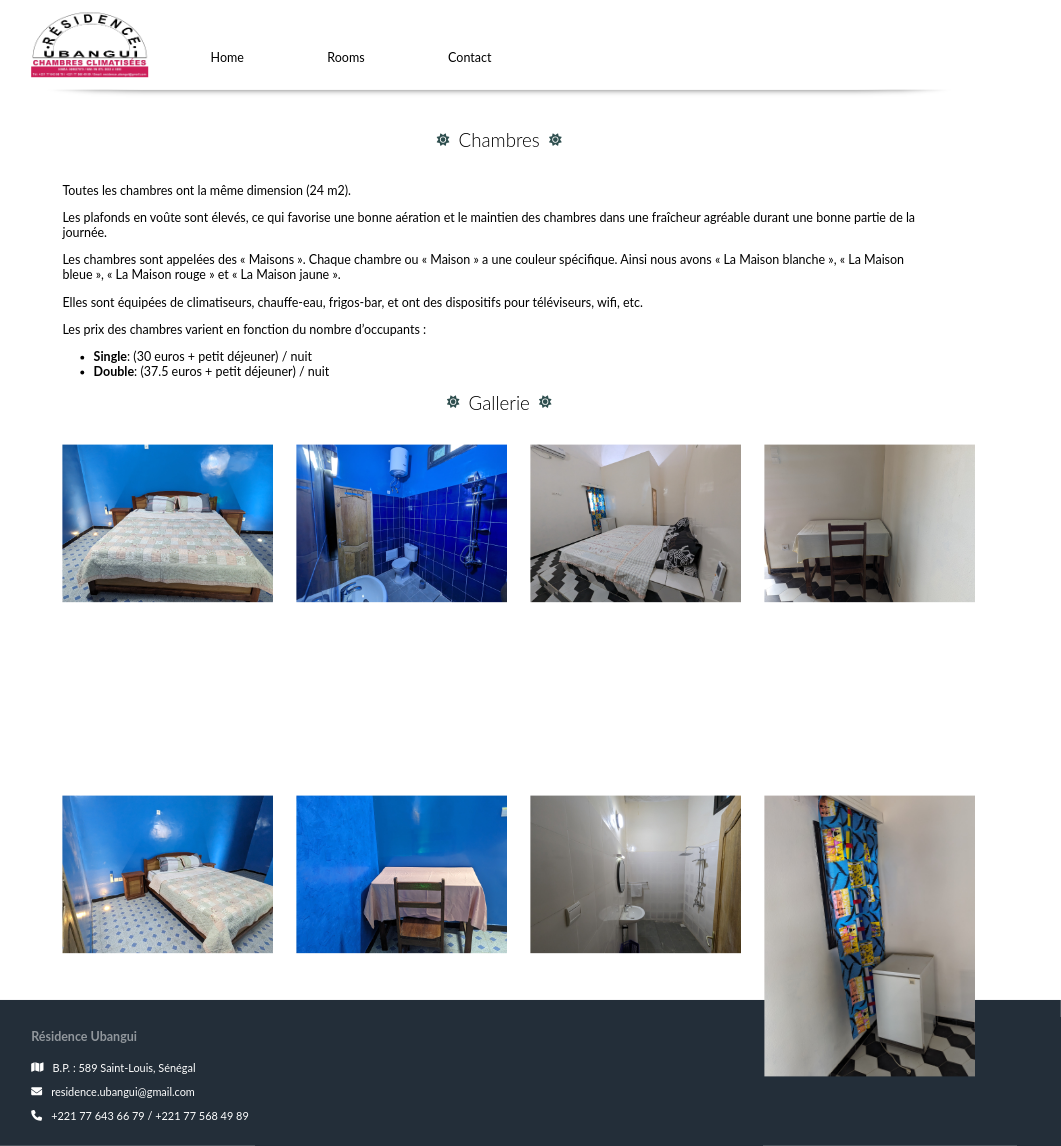
Repository: Nedjim/ubangui
Page: /rooms
The author's editor kept a copy of each file at every save. The page is drawn from the files as they stood at one save, then again after the next save.
The browser window is 1280 px wide. The page is 1360 px wide, so the pictures cover 1360 px, including what lies to the right of the window. The pictures show the whole page, at 78% of full size.
The project was rebuilt for these pictures with package versions that can differ from the ones it lists, and the page was loaded fresh each time. The framework's server and built-in components were replaced by stand-ins that run in the browser. Also part of the build but not shown: nuxt.config.ts, components/Carousel.vue, components/Test.vue, components/Title.vue.

Above is the page before, as saved 2024-01-14 14:09:37.

### components/Footer.vue
<script setup lang="ts">
const address = "B.P. : 589 Saint-Louis, Sénégal";
const mail = "residence.ubangui@gmail.com";
const phone_number = "+221 77 643 66 79 / +221 77 568 49 89";
</script>

<template>
  <div>
    <footer>
      <h4>Résidence Ubangui</h4>

      <div class="contact">
        <p>
          <font-awesome-icon class="icon" icon="fa-solid fa-map" />
          {{ address }}
        </p>
        <p>
          <font-awesome-icon class="icon" icon="fa-solid fa-envelope" />

          {{ mail }}
        </p>
        <p>
          <font-awesome-icon class="icon" icon="fa-solid fa-phone" />
          {{ phone_number }}
        </p>
      </div>
    </footer>
  </div>
</template>

<style scoped lang="scss">
footer {
  width: 100%;
  padding: 16px 40px;
  margin-top: 80px;
  background: #232e39;
  color: rgba(255, 255, 255, 0.5);

  .contact {
    color: white;
    font-size: 14px;

    .icon {
      margin-right: 8px;
    }
  }
}
</style>

### components/Header.vue
<template>
  <header>
    <nav>
      <img class="logo" src="~/assets/img/logo.jpg" alt="logo-ubangui" />
      <ul>
        <li><NuxtLink to="/home">Home</NuxtLink></li>
        <li><NuxtLink to="/rooms">Rooms</NuxtLink></li>
        <li><NuxtLink to="/contact">Contact</NuxtLink></li>
      </ul>
    </nav>
  </header>
</template>

<style scoped lang="scss">
.logo {
  width: 150px;
}

header {
  padding: 16px 40px;
}

nav {
  display: flex;
  ul {
    width: 30%;
    display: flex;
    justify-content: space-between;
    align-items: flex-end;
    margin-left: 40px;
    li {
      list-style-type: none;
      a {
        text-decoration: none;
        color: black;
      }
    }
  }
}
</style>

### components/PageTitle.vue
<script setup lang="ts">
const {title} = defineProps<{
  title: string
}>()
</script>

<template>
  <div class="title-wrapper">
    <font-awesome-icon class="icon" icon="fa-solid fa-sun" />
    <h2>{{ title }}</h2>
    <font-awesome-icon class="icon" icon="fa-solid fa-sun" />
  </div>
</template>

<style scoped lang="scss">

.title-wrapper {
  display: flex;
  justify-content: center;
  align-items: center;

  h2 {
    margin: 0 12px;
  }
}
.icon {
  color: darkslategray;
}
</style>

### components/Separator.vue
<template>
    <div>
        <div class="separator"></div>
    </div>
</template>

<style scoped lang="scss">
.separator {
  overflow: hidden;
  height: 20px;
}

.separator:after {
  content: '';
  display: block;
  width: 90%;
  height: 30px;
  margin: -30px auto 0;
  border-radius: 120px / 10px;
  box-shadow: 0px 0px 8px rgba(0,0,0,.6);
}
</style>

### plugins/fontawesome.js
import { library, config } from '@fortawesome/fontawesome-svg-core'
import { FontAwesomeIcon } from '@fortawesome/vue-fontawesome'
import { fas } from '@fortawesome/free-solid-svg-icons'

// This is important, we are going to let Nuxt worry about the CSS
config.autoAddCss = false

// You can add your icons directly in this plugin. See other examples for how you
// can add other styles or just individual icons.
library.add(fas)

export default defineNuxtPlugin((nuxtApp) => {
  nuxtApp.vueApp.component('font-awesome-icon', FontAwesomeIcon, {})
})

### app.vue
<script setup lang="ts">
useHead({
  title: "Residence Ubangui",
  meta: [{ name: "Residence Ubangui", content: "Sénégal" }],
  bodyAttrs: {
    class: "test",
  },
});
</script>
<template>
  <div>
    <Header />
    <Separator />
    <NuxtPage />
    <Footer />
  </div>
</template>

<style lang="scss">
body {
  font-family: Lato,sans-serif;
  margin: 0;

  h2 {
    font-weight: 300;
  }
}
</style>

### pages/rooms.vue
<script setup lang="ts">
const conversion_cfa_euros = 0.0015;
const room_single_cfa = 20000;
const room_double_cfa = 25000;
const room_single_euros = `${room_single_cfa * conversion_cfa_euros} euros`;
const room_double_euros = `${room_double_cfa * conversion_cfa_euros} euros`;

const rooms_paragraph_1 = "Toutes les chambres ont la même dimension (24 m2).";
const rooms_paragraph_2 =
  "Les plafonds en voûte sont élevés, ce qui favorise une bonne aération et le maintien des chambres dans une fraîcheur agréable durant une bonne partie de la journée.";
const rooms_paragraph_3 =
  "Les chambres sont appelées des « Maisons ». Chaque chambre ou « Maison » a une couleur spécifique. Ainsi nous avons « La  Maison blanche », « La Maison bleue », « La Maison rouge » et « La Maison jaune ».";
const rooms_paragraph_4 =
  "Elles sont équipées de climatiseurs, chauffe-eau, frigos-bar,  et ont des dispositifs  pour téléviseurs, wifi, etc.";
const rooms_paragraph_5 =
  "Les prix des chambres varient en fonction du nombre  d’occupants :";

const room_single_title = "Single";
const room_single_details = `(${room_single_euros} + petit déjeuner) / nuit`;
const room_double_title = "Double";
const room_double_details = `(${room_double_euros} + petit déjeuner) / nuit`;
</script>

<template>
  <div class="rooms-wrapper">
    <PageTitle title="Chambres" />
    <div class="content">
      <p>{{ rooms_paragraph_1 }}</p>
      <p>{{ rooms_paragraph_2 }}</p>
      <p>{{ rooms_paragraph_3 }}</p>
      <p>{{ rooms_paragraph_4 }}</p>
      <p>{{ rooms_paragraph_5 }}</p>

      <ul>
        <li>
          <span class="room_title">{{ room_single_title }}</span
          >: {{ room_single_details }}
        </li>
        <li>
          <span class="room_title">{{ room_double_title }}</span
          >: {{ room_double_details }}
        </li>
      </ul>

      <PageTitle title="Gallerie" />
      <div class="gallery">
        <img src="~/assets/img/room-blue-bed-1.jpg" alt="room-blue-bed-1" />
        <img src="~/assets/img/room-blue-bed-2.jpg" alt="room-blue-bed-2" />
        <img
          src="~/assets/img/room-blue-bathroom.jpg"
          alt="room-blue-bathroom"
        />
        <img src="~/assets/img/room-blue-desk.jpg" alt="room-blue-desk" />
        <img src="~/assets/img/room-white-bed.jpg" alt="room-white-bed" />
        <img
          src="~/assets/img/room-white-bathroom.jpg"
          alt="room-white-bathroom"
        />
        <img src="~/assets/img/room-white-desk.jpg" alt="room-white-desk" />
        <img src="~/assets/img/room-white-fridge.jpg" alt="room-white-fridge" />
      </div>
    </div>
  </div>
</template>

<style scoped lang="scss">
.rooms-wrapper {
  padding: 30px 80px;

  .content {
    margin: 40px 0;

    .room_title {
      font-weight: bold;
    }

    .gallery {
      display: grid;
      grid: repeat(2, 80%) / auto-flow 300px;
      margin-top: 40px;

      img {
        width: 90%;
        // height: 100%;
      }
    }
  }
}
</style>

After the next save:
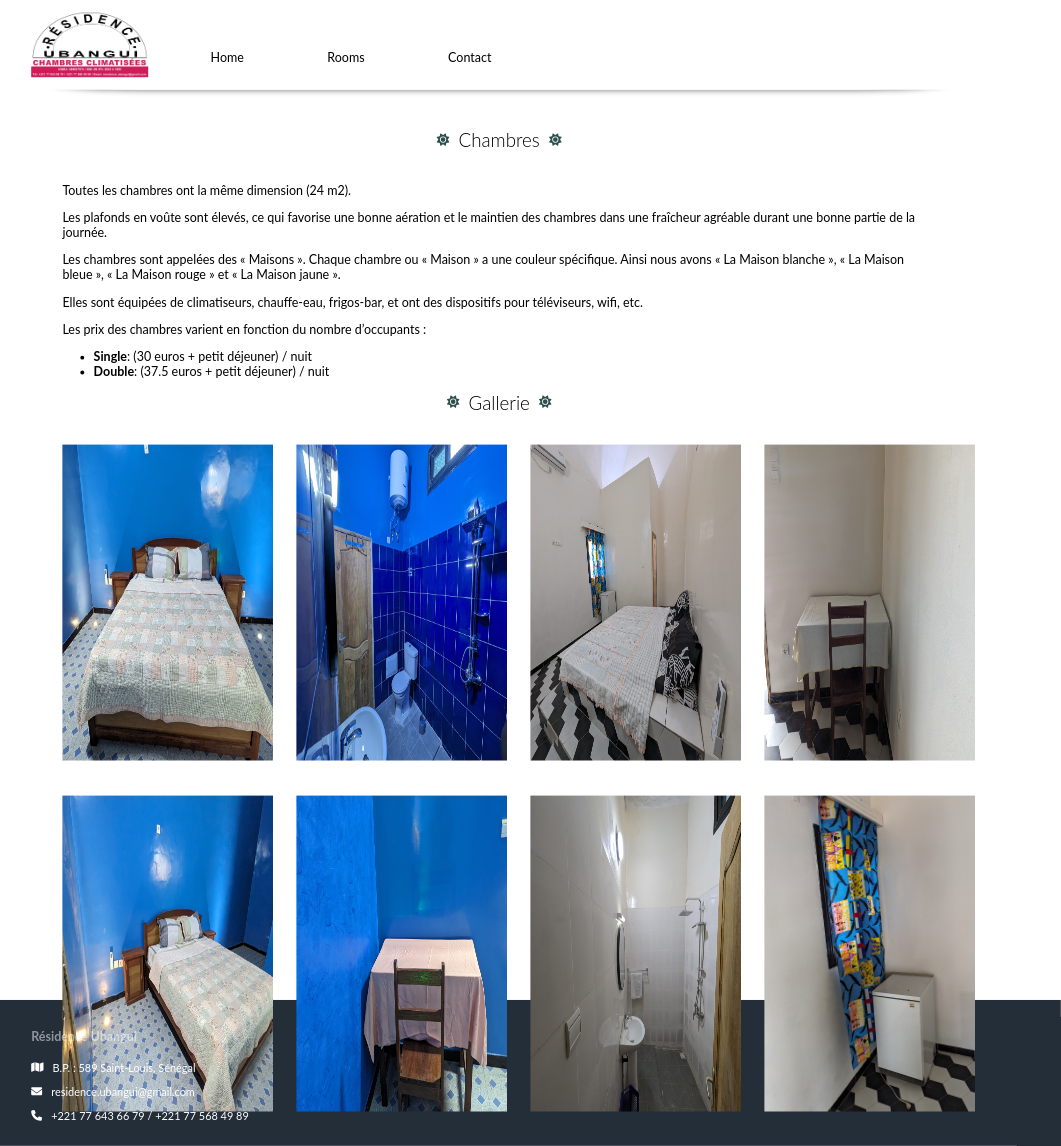
Saved 11 s later.
--- a/pages/rooms.vue
+++ b/pages/rooms.vue
@@ -81,7 +81,7 @@
 
       img {
         width: 90%;
-        // height: 100%;
+        height: 90%;
       }
     }
   }
